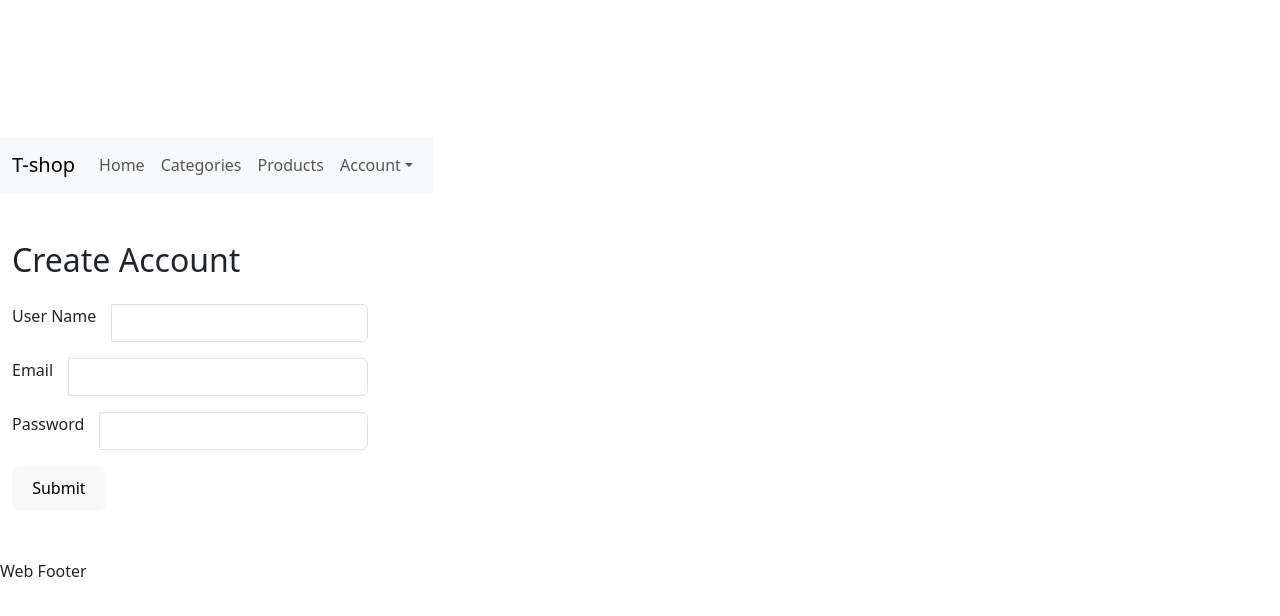
Repository: HadelAbdellatif/ecommerce1
Page: /register
These files come from the project's save history. The page is drawn as it stood at one moment and after the next save; the edit follows.
The browser window is 1280 px wide. The pictures show the whole page.
The project was rebuilt for these pictures with package versions that can differ from the ones it lists, and the page was loaded fresh each time. Also part of the build but not shown: vite.config.js, src/components/web/home/Home.jsx, src/components/web/categories/Categories.jsx, src/components/dashboard/navbar/Navbar.jsx, src/components/dashboard/footer/Footer.jsx, src/layouts/DashboardLayout.jsx, src/components/dashboard/home/Home.jsx, src/components/dashboard/categories/Categories.jsx.

Above is the page before, as saved 2023-11-25 15:08:31.

After the next save:
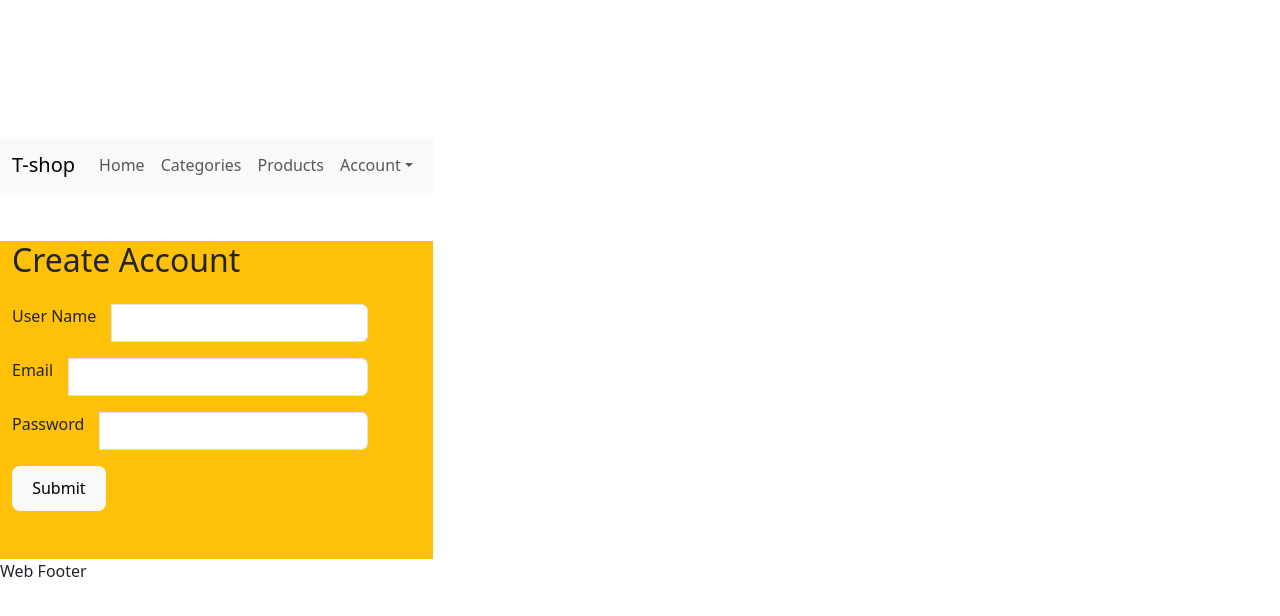
Saved 7 s later.
--- a/src/components/web/register/Register.jsx
+++ b/src/components/web/register/Register.jsx
@@ -82,7 +82,7 @@ export default function Register() {
 
     return (
         <>
-            <div className="container b">
+            <div className="container bg-warning">
                 <h2 className='mt-5'>Create Account</h2>
                 <div className='w-100 d-flex '>
 
